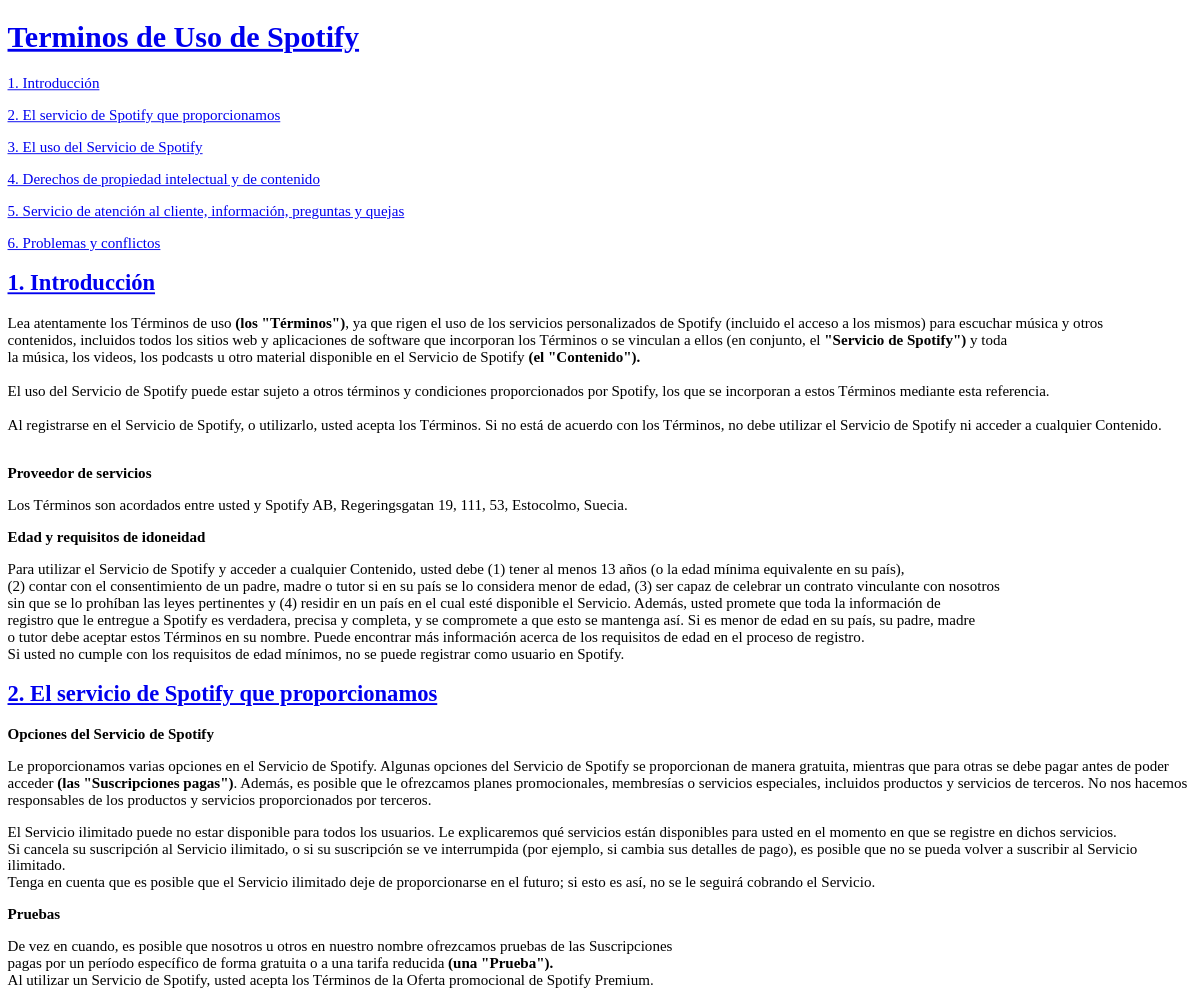
Repository: Devbenitez/Gen_30
Page: Gen_30/maquetado/index.html
The author's editor kept a copy of each file at every save. The page is drawn from the files as they stood at one save, then again after the next save.
The browser window is 1280 px wide. The pictures show the whole page, at 94% of full size.

Above is the page before, as saved 2023-10-31 05:37:19.

After the next save:
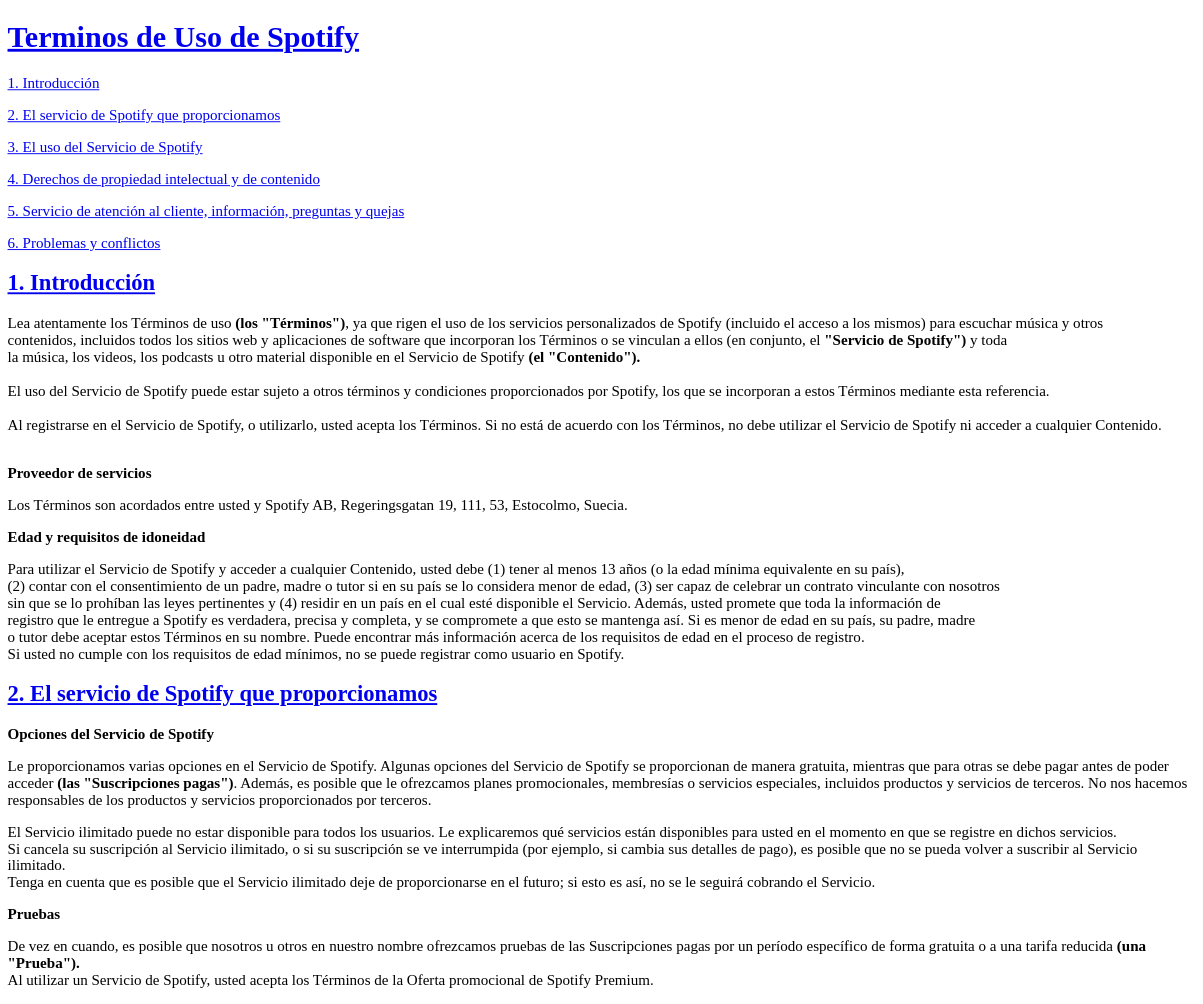
Saved 30 s later.
--- a/Gen_30/maquetado/index.html
+++ b/Gen_30/maquetado/index.html
@@ -75,8 +75,7 @@
         Si cancela su suscripción al Servicio ilimitado, o si su suscripción se ve interrumpida (por ejemplo, si cambia sus detalles de pago), es posible que no se pueda volver a suscribir al Servicio ilimitado.<br />
         Tenga en cuenta que es posible que el Servicio ilimitado deje de proporcionarse en el futuro; si esto es así, no se le seguirá cobrando el Servicio.</p>
     <p><b>Pruebas</b></p>
-    <p>De vez en cuando, es posible que nosotros u otros en nuestro nombre ofrezcamos pruebas de las Suscripciones<br />
-        pagas por un período específico de forma gratuita o a una tarifa reducida <b>(una "Prueba").</b><br />
+    <p>De vez en cuando, es posible que nosotros u otros en nuestro nombre ofrezcamos pruebas de las Suscripciones pagas por un período específico de forma gratuita o a una tarifa reducida <b>(una "Prueba").</b><br />
         Al utilizar un Servicio de Spotify, usted acepta los Términos de la Oferta promocional de Spotify Premium.</p>
 
         </main>
